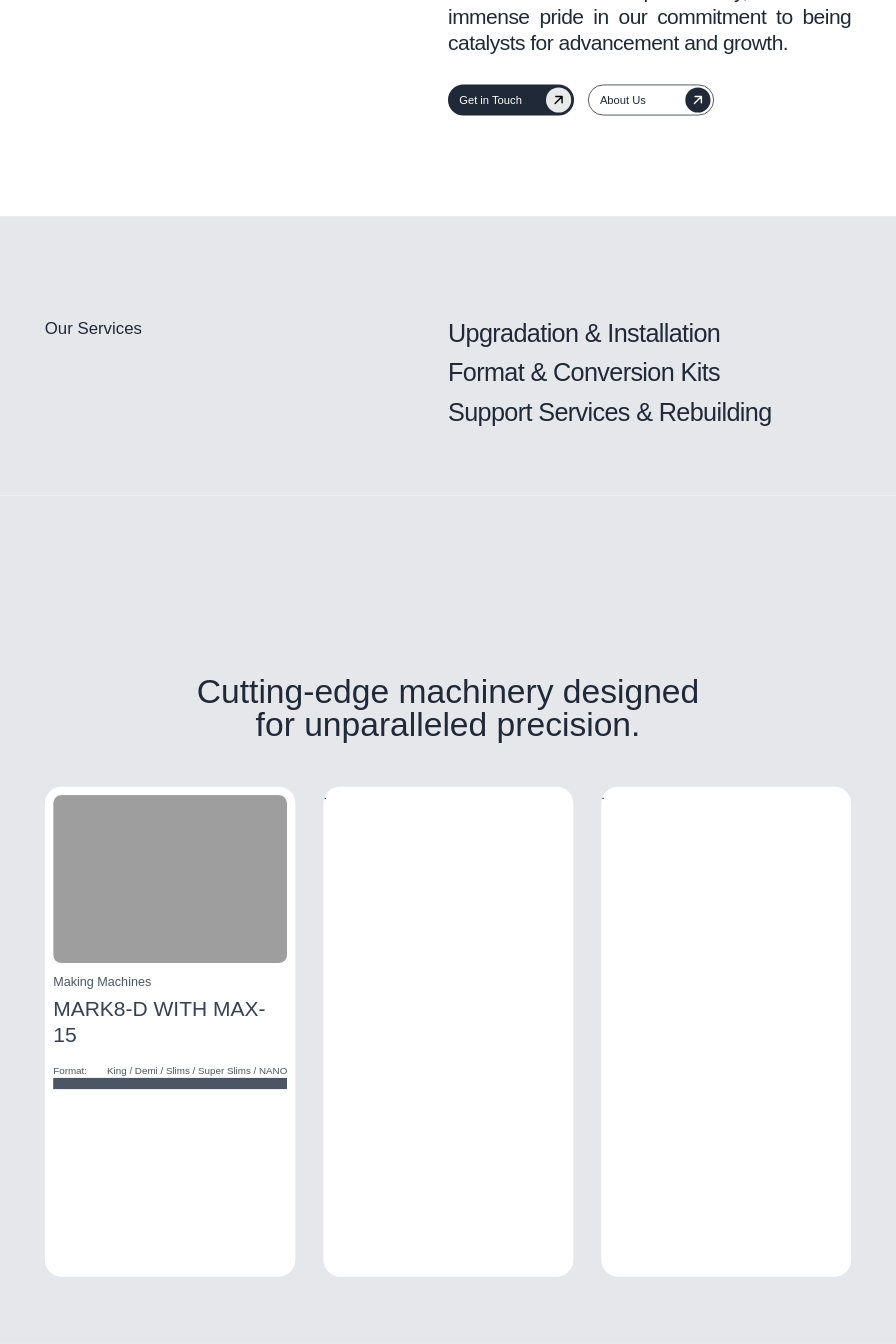
Repository: vespersolutionspk18/microtexwebsite
Page: /
The author's editor kept a copy of each file at every save. The page is drawn from the files as they stood at one save, then again after the next save.
The browser window is 1280 px wide. The pictures show the part of the page from y = 1207 to 3127 px (the page is 3127 px tall), at 70% of full size.
Pictures or frames that could not be fetched are drawn as grey boxes. Some web fonts or font styles are not loaded; a fallback is used. The project was rebuilt for these pictures with package versions that can differ from the ones it lists, and the page was loaded fresh each time. The framework's server and built-in components were replaced by stand-ins that run in the browser. Also part of the build but not shown: next.config.mjs.

Above is the page before, as saved 2024-11-18 21:40:58.

After the next save:
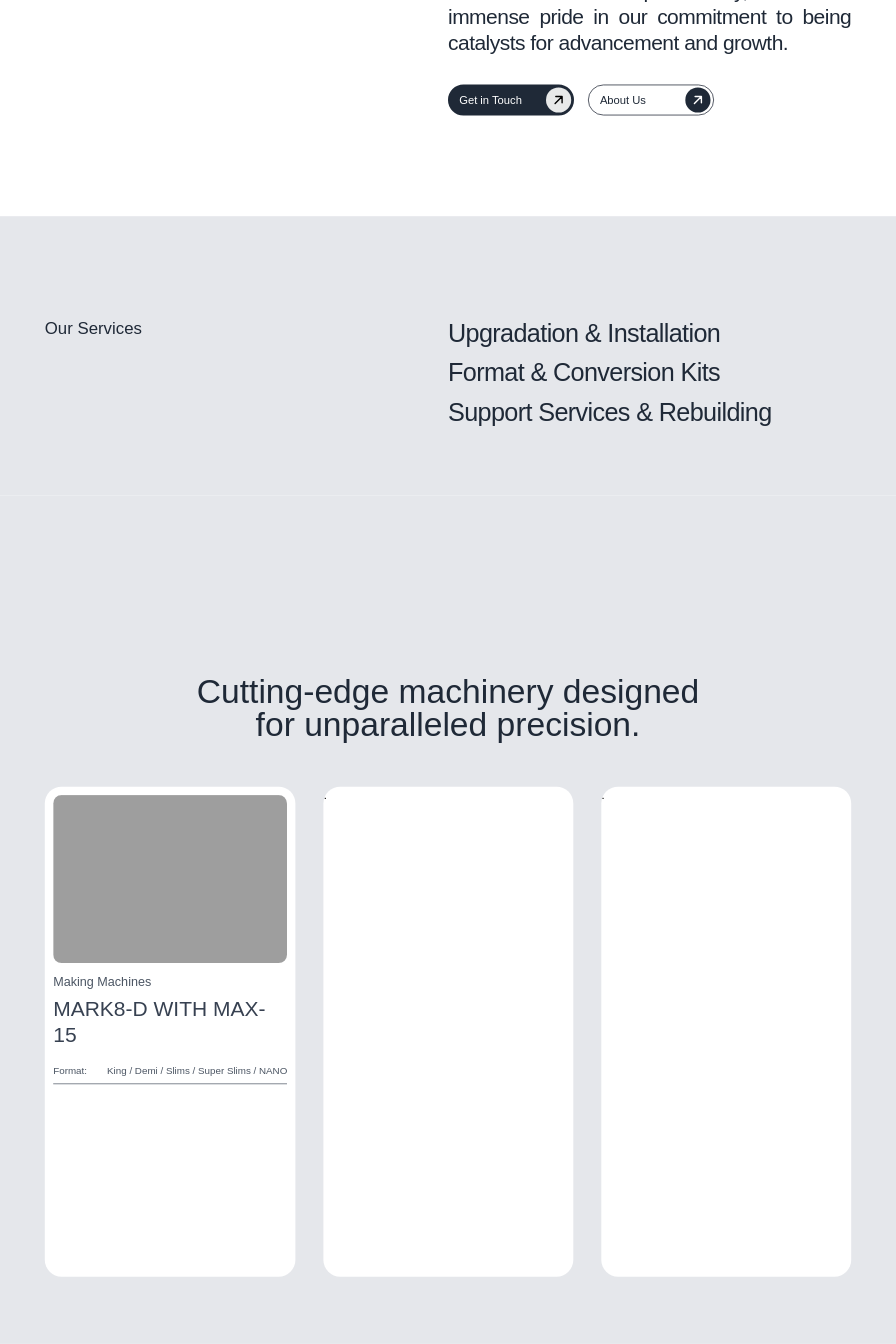
Saved 7 s later.
--- a/app/OurMachines.tsx
+++ b/app/OurMachines.tsx
@@ -16,7 +16,7 @@ const OurMachines = () => {
         <h5 className="text-gray-600 text-sm font">Format:</h5>
         <h5 className="text-gray-600 text-sm font-light"> King / Demi / Slims / Super Slims / NANO</h5>
     </div>
-    <Separator className="bg-gray-600 pt-2 pb-2" />
+    <Separator className="bg-gray-600 mt-2 mb-2" />
     </div>
     <div className="h-[700px] w-1/3 bg-white rounded-3xl flex flex-col">.</div>
     <div className="h-[700px] w-1/3 bg-white rounded-3xl">.</div>
